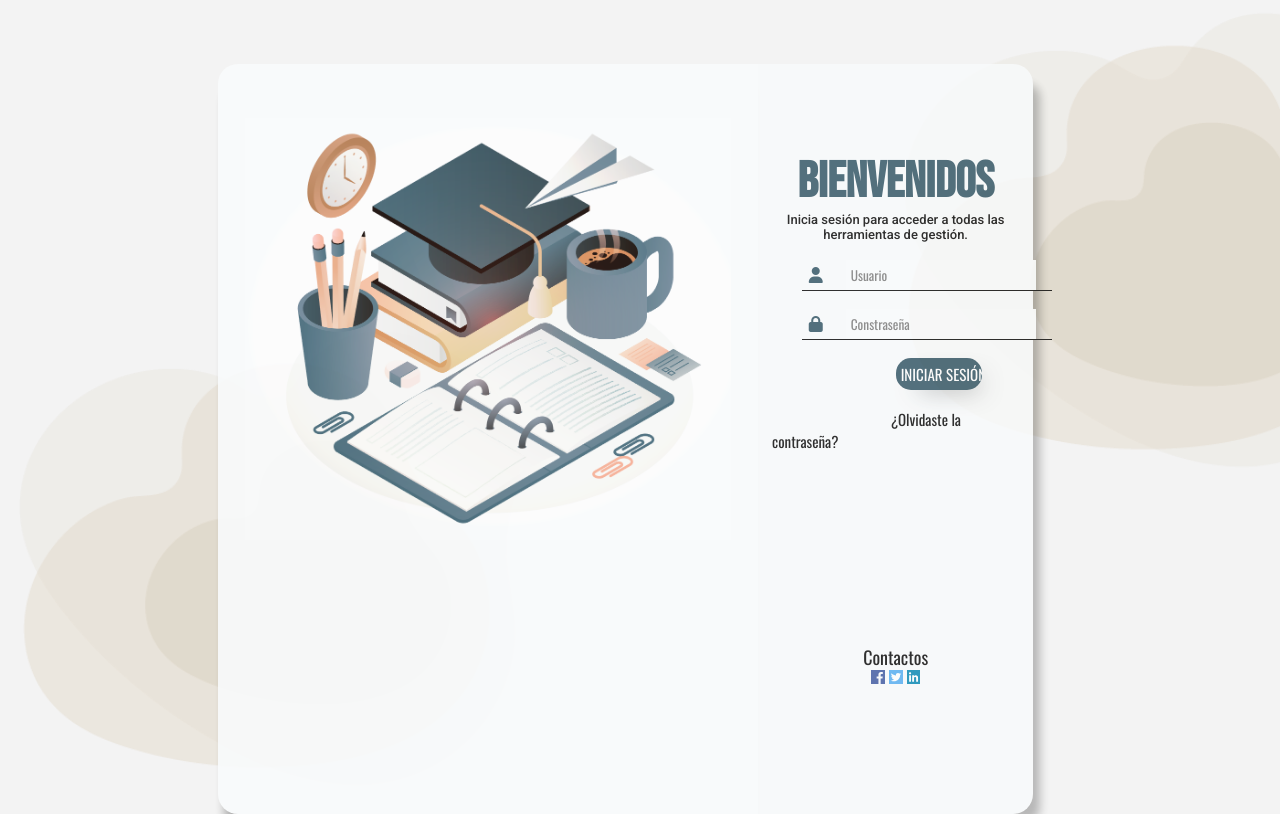
Repository: AlejandraBarrachina23/TPIntegrador_Barrachina_Java
Page: http://localhost/Alejandra_Barrachina_TP_Integrador1/login.jsp
The author's editor kept a copy of each file at every save. The page is drawn from the files as they stood at one save, then again after the next save.
The browser window is 1280 px wide. The pictures show the whole page.
Some web fonts or font styles are not loaded; a fallback is used. Some web libraries are served in a nearby version. The page is served by Tomcat 9. Nobody is signed in. The application's start-up code is not run. Other server files are loaded and not shown.

Above is the page before, as saved 2019-12-05 19:05:38.

### Alejandra_Barrachina_TP_Integrador1/WebContent/login.jsp
<%@ page language="java" contentType="text/html; charset=ISO-8859-1"
    pageEncoding="ISO-8859-1"%>
 <%@page import="Dominio.Usuario"%>
<!DOCTYPE html>
<html>
<head>
<meta charset="ISO-8859-1">
<title>Sistema Universitario</title>
<link href="https://fonts.googleapis.com/css?family=Oswald:300,400&display=swap" rel="stylesheet">
<link href="https://fonts.googleapis.com/css?family=Staatliches&display=swap" rel="stylesheet">
<link href="https://fonts.googleapis.com/css?family=Fjalla+One&display=swap" rel="stylesheet">
<link href="https://fonts.googleapis.com/css?family=Bebas+Neue&display=swap" rel="stylesheet">
<link href="https://fonts.googleapis.com/css?family=Roboto:400,500&display=swap" rel="stylesheet">
<script src="https://kit.fontawesome.com/735f5623c2.js" crossorigin="anonymous"></script>
<link href="estilos.css" type="text/css" rel=stylesheet>
</head>
<body>
	<form id="form-login" method="post" action="serveletUsuario">
	<div id="form-login-left">
			<img src="img/fondo.png" alt="fondo-universidad">
		</div>
		<div id="form-login-right">
			<div id="login-informacion">
				<h1>Bienvenidos</h1>
				<p>Inicia sesión para acceder a todas las<br> herramientas de gestión.</p><br>
				<div class="text-box"><i class="fas fa-user"></i><input type="text" name="tboxUsuario" placeholder="Usuario" required></div><br>
				<div class="text-box"><i class="fas fa-lock"></i><input type="password" name="tboxContrasenia" placeholder="Constraseña" required></div><br>
				<input class="main-button" type="submit" name="btnLogin" value="INICIAR SESIÓN"><br><br>
				<a href="recuperacion.jsp">¿Olvidaste la contraseña?</a><br>
			</div>
			<label id="login-avisos"></label>
			<div id="login-contacto">
				<p>Contactos</p>
				<a href="https://es-la.facebook.com/UTNRegionalPacheco/" target=_blank><img src="img/facebook.svg" class="iconos-redes" alt="logo-facebook"></a>
				<a href="https://twitter.com/utnfrgpprensa?lang=es" target=_blank><img src="img/twitter.svg" class="iconos-redes" alt="logo-facebook"></a>
				<a href="https://ar.linkedin.com/company/utn-frgp" target=_blank><img src="img/linkedin.svg" class="iconos-redes" alt="logo-facebook"></a>
			</div>
		</div>
	</form>
<script>

let EstadoUsuario ='<%=session.getAttribute("EstadoLogin")%>';
let Aviso = document.getElementById("login-avisos");

	if (EstadoUsuario === 'No existe') Aviso.textContent= "EL USUARIO INGRESADO ES INCORRECTO";
	else if(EstadoUsuario ==="Contrasenia Incorrecta")Aviso.textContent= "LA CONTRASEÑA INGRESADA ES INCORRECTA";


</script>
</body>
</html>

### Alejandra_Barrachina_TP_Integrador1/WebContent/estilos.css
@charset "ISO-8859-1";


* {
	padding:0px;
	margin:0px;
	border:0px;
}

body {
		background-color:#f3f3f3;
		background-image: url(iconos/fondo.png);
		background-repeat: no-repeat;
 		background-size: cover;

}


/*=============================================================
      FORMULARIO LOGIN
 ============================================================== */

 #error-404 {

 	background-color:#fff;
 	width:65;
 	height:750px;;
 	margin	: 5% 17%;
 	box-shadow: 0px 18px 10px -6px rgba(0,0,0,0.31);
 	text-align:center;
 	font-family: 'Francois One', sans-serif;
 	border-radius: 15px;

 }

 #error-404 a{

	color:black;

 }

  #error-404 img {

  width:70%;

  }

  #error-404 h2 {

  font-size:50px;
  }


  #login-avisos {

  	color:red;
  	margin-left:25%;
  	font-size:30px;
  }

 #form-login {

	width:65%;
 	margin	: 5% 17%;

}

#form-login-right, #form-login-left {


	height:750px;
	float:left;
	background-color:#F9FBFC;

}

#form-login-left {

	width:65%;
	border-top-left-radius: 20px;
	border-bottom-left-radius: 20px;
	box-shadow: 0px 18px 10px -6px rgba(0,0,0,0.31);
	opacity:0.9;
}

#form-login-left img {

	width:90%;
	padding	: 10% 5%;

}

#form-login-right {

	width:33%;
	border-top-right-radius: 20px;
	border-bottom-right-radius: 20px;
	box-shadow: 13px 14px 10px -6px rgba(0,0,0,0.31);
	opacity:0.8;

}


h1 {

		font-size:50px;
		font-family: 'Bebas Neue', cursive;
		color:#2C5060;
		margin-top:30%;
		text-align:center;
}

p, #form-login-right a {

	font-family: 'Roboto', sans-serif;
	font-weight: 500;
	font-size: 13px;
	color:black;
	text-align:center;
}

.text-box {

	border-bottom: 1px solid black;
	width:250px;
	text-align: center;
	margin-left:12%;
}

.text-box i {

	float:left;
	color: #2C5060;
	padding:7px;
}

#form-login-right [type="text"], #form-login-right [type="password"]{

	padding:5px;
	width:180px;
	border:none;
	outline:none;
	background-color:#FAFCFD;
	font-family: 'Oswald', sans-serif;

}

.main-button {

	background-color: #2C5060;
	color:white;
	width:35%;
	font-size:15px;
	border-style:none;
	padding:5px;
	border-radius: 15px;
	border: 0px solid #000000;
	box-shadow: 10px 10px 25px -13px rgba(0,0,0,0.75);
	font-family: 'Oswald', sans-serif;
	margin-left: 50%;

}

.main-button:hover {

	background-color: #1a6373;
}

.iconos-redes {

	width:5%;

}


#login-informacion {

	width:90%;
	padding:5%;

}


#login-informacion a{

	font-family: 'Oswald', sans-serif;
	font-size:15px;
	margin-left:48%;
}

#login-contacto{

	margin-top:50%;
	text-align:center;
}


#login-contacto p {

	font-size:18px;
	font-family: 'Oswald', sans-serif;

}

#login-recuperacion{

	padding-top:20%;
	text-align:center;

}

.restart-button{

	background-color: #2C5060;
	color:white;
	width:35%;
	font-size:15px;
	border-style:none;
	padding:5px;
	border-radius: 15px;
	border: 0px solid #000000;
	box-shadow: 10px 10px 25px -13px rgba(0,0,0,0.75);
	font-family: 'Oswald', sans-serif;

}

#form-advertencia {

	width:100%;
	text-align:center;
	margin-top:50%;
	color:#E16C78;
	font-family: 'Oswald', sans-serif;

}

.icono-advertencia{

	margin-top:15%;
	padding:2%;
	width:30%;
	margin: 0 auto;

}

#form-advertencia p {

	color:#E16C78;
	font-size: 15px;
}

.blue{

	color:#30A9E3;
}


 /*=======================
      FORMULARIO INDEX
 ========================= */

 .section-principal{

	float:left;
	height:1100px;
	width:90%;
	background-color:#f3f3f3;
	color:black;
	text-align:center;
	margin-left:10%;
}

.section-principal select {

	font-family: 'Oswald', sans-serif;
	border:1px solid black;
	margin:5px;
	padding:2px;
	color:black;
}

.section-principal input{

	width:15%;
	padding:5px;
	border:1px solid black;
	font-family: 'Oswald', sans-serif;
}

.section-principal label{

	font-size:18px;
	font-family: 'Oswald', sans-serif;

}

.section-principal a{

	color:black;

}


nav {

	background-color:#2C5060;
	font-family: 'Francois One', sans-serif;
	width:10%;
	height:950px;
	font-size:15px;
	float:left;
	position:fixed;

}

 ul {

	list-sytle: none;
	width:100%;
}

a {

	text-decoration:none;
	color:white;

}

li:hover {

	border-left: solid 4px #2896BC;
	background-color: #2F5866;
	transition: background-color 0.3s;
	transition: border 0.3s;

}

ul li {

	border-left: solid 4px #2C5060;
	font-family: 'Oswald', sans-serif;
	padding:15px;
	border-bottom: 1px solid #2D5C6D;


}

.icon{

	width:13%;
	padding-right:5px;

}


#icon-usuario{

	width:40%;
}

li .icon{

	float:left;

}


#user {

	width:100%;
	margin-top:40%;
	text-align:center;
	padding: 10% 0%;
	border-bottom: 1px solid #2D5C6D;

}

#user h2{

	color:#fff;

}

#user p, #header-user p {

	font-size:15px;
	color:#fff;
	padding:8px;
	font-family: 'Oswald', sans-serif;
}

 /*=======================
      FORMULARIO ALUMNOS
 ========================= */


#logo{

	width:30%;
	height:150px;
	border-bottom: 1px solid white;
	color:white;
	text-align:center;
	margin-top:30px;
}

#alumnos-principal {

	background-color:#fff;
	width:83%;
	margin-left: 200px;
	height:300px;
	box-shadow: 10px 10px 25px -13px rgba(0,0,0,0.75);

}

#form-agregar-usuario {

	background-color: white;
	width:95%;
	height:200px;
	margin:20px;
	padding:10px;
	box-shadow: 10px 10px 25px -13px rgba(0,0,0,0.75);
	display: none;


}

#form-listado-alumnos,#form-cursos,#form-listado-calificaciones {

	background-color: white;
	width:97%;
	height:970px;
	margin:20px;
	padding:10px;
	box-shadow: 10px 10px 25px -13px rgba(0,0,0,0.75);

}

#form-cursos{

	background-color:#f3f3f3;
	box-shadow: none;
}

#btn-flecha {

	background-image: url("iconos/flecha.png");
	background-repeat: no-repeat;
	width:25px;
	height:25px;
	background-color:#2C5060;
	border: 0;
	float:right;

}

.dato {

	float:left;
	margin: 10px;
	width:23%;


}

.dato input {

		width: 200px;
		background: #f3f3f3;
		font: inherit;
		box-shadow: 0 6px 10px 0 rgba(0, 0, 0 , .1);
		border: 0;
		outline: 0;
		padding: 8px;

}

.encabezados {

	background-color:#2C5060;
	color:white;
	padding:10px;
	margin:10px;
	font-family: 'Oswald', sans-serif;

}



h3 {

	display:inline;

}

label {

	color:#2C5060;
	font-family: 'Open Sans', sans-serif;
	font-weight: 600;
	font-size: 10px;
}

.flecha {

	float:right;
}

.content-table{

	border-collapse:collapse;
	margin:20px 10px;
	font-size:0.9em;
	width:99%;
	min-width:600px;
	box-shadow: 7px 9px 23px -13px rgba(0,0,0,0.93);
	font-family: 'Roboto', sans-serif;

}

.content-table-cursos{

	border-collapse:collapse;
	margin:20px 10px;
	font-size:0.9em;
	width:50%;
	min-width:600px;
	box-shadow: 7px 9px 23px -13px rgba(0,0,0,0.93);
	font-family: 'Roboto', sans-serif;
}

.content-table th, .content-table-cursos {

	background-color:#2C5060;
	color:white;
	font-weight: 600;
	padding:12px;



}

.content-table tr,
.content-table td {

	padding:5px 5px;

}

.content-table td {

	border-bottom: 1px solid #dddddd;

}

.content-table tr:nth-of-type(even) {

	background-color:#f3f3f3;

}

.content-table tr:last-of-type {

	border-bottom: 3px solid #2C5060;

}

.content-table-cursos .content-fileter{

	width:50%;

}

.content-filter {

	background-color:#f3f3f3;
	width:100%;
	text-align:center;
	padding:10px;


}

.pie-pagina{

	float:left;
	margin-top:20px;
	text-align:right;
	width:100%;
}

 /*=======================
      FORMULARIO ALUMNOS
 ========================= */

#section-index{

	float:left;
	height:900px;
	width:100%;
	margin:1px 1px;
	text-align:center;

}

#index-encabezado{

	background-color:#2C5060;
	text-align:center;
	height:295px;
	width:100%;

}

#section-index img {

	width:50%;

}

#index-descripcion {

	box-shadow: 10px 10px 25px -13px rgba(0,0,0,0.75);
	font-family: 'Roboto', sans-serif;
	background-color:#fff;
}


#index-descripcion-encabezado{

	text-align:center;
	background-color:#fff;

}

#index-descripcion-encabezado img{

	width:50%;

}

#index-descripcion-encabezado h2{

	font-size:50px;
	font-family: 'Francois One', sans-serif;
	color:#2C5060;

}

#index-descripcion-encabezado p{

	font-size:15px;
	font-family: 'Francois One', sans-serif;
	color:#2C5060;

}

#index-descripcion-contenido{

	text-align:center;
	height:430px;
	padding-left:220px;
}

#index-descripcion-contenido-profesores{


	height:430px;
	width:100%;


}

#index-descripcion-contenido-profesores .index-item-descripcion{

	width:18%;
	height:300px;
	float:left;
	margin-left:40%;

}

.index-item-descripcion {

	width:18%;
	height:300px;
	float:left;
	margin:30px;

}

.index-item-descripcion img {

	width:40%;
	padding:0% 20%;
	margin:0% 5%;
}

.index-item-descripcion h3 {

	font-size:25px;
	font-family: 'Oswald', sans-serif;

}

.index-item-descripcion p {

	font-size:15px;

}

.btn-index {

	padding:10px;
	margin:10px 38px;
	background-color: #2C5060;
	font-family: 'Oswald', sans-serif;
	font-size:20px;
	color:#fff;
	width:60%;
	box-shadow: 10px 10px 25px -13px rgba(0,0,0,0.75);
	float:left;
	text-align:center;

}

.modal-fondo {

	background: rgba(0,0,0,0.3);
	position:fixed;
	top:0;
	bottom:0;
	left:0;
	right:0;
	display:flex;
	align-items:center;
	justify-content:center;
	visibility:hidden;

}

.modal-fondo.active{

	visibility:visible;
}

.modal-contenido {

	background-color:#fff;
	box-shadow: 10px 10px 25px -13px rgba(0,0,0,0.75);
	width:20%;
	border: 3px solid #2C5060;
	padding-bottom: 15px;
}

.modal-contenido .btn-modal {

	width:30%;
	color:white;
	background-color: #2C5060;
	font-size:20px;
	padding:5px;
	margin:5px;

}

.modal-contenido [type="text"] {

	width:70%;
	font-size: 13px;
	margin-bottom:15px;

}

.modal-contenido h3 {

	font-size: 20px;
	font-family: 'Oswald', sans-serif;
	background-color:#2C5060;
	display:block;
	color:#fff;
	padding:8px;

}

.modal-contenido label {

	font-size: 15px;
	font-family: 'Roboto', sans-serif;
}

.modal-contenido select, .modal-contenido [type="date"], .modal-contenido [type="email"], .modal-contenido [type="number"] {

	font-family: 'Oswald', sans-serif;
	border:1px solid black;
	margin:5px;
	padding:2px;
	width:74%;
	padding:1%;
	color:black;

}

.modal-contenido [type="date"], .modal-contenido [type="email"], .modal-contenido [type="number"]{

	width:71%;

}

.opciones {

	color:black;
	background-color:#fff;

}

.btnFormulario {

	width:12%;
	padding:10px;
	font-size: 15px;
	font-family: 'Oswald', sans-serif;
	border-radius: 8px;
	background-color:#2C5060;
	color:white;
	float:right;
	border:0;
	margin:8px;
}

td .btn-modificar {

	width:22%;
	height:32px;
	background-image:url(iconos/modificar.png);
	background-repeat: no-repeat;
	border:none;
	background-color:inherit;
}

td .btn-eliminar {

	width:22%;
	height:32px;
	background-image:url(iconos/borrar.png);
	background-repeat: no-repeat;
	border:none;
	background-color:inherit;

}

td .btn-mostrar {

	width:12%;
	height:32px;
	background-color:blue;
	background-image:url(iconos/mostrar.png);
	background-repeat: no-repeat;
	border:none;
	background-color:inherit;
}

td .btn-calificaciones {

	width:12%;
	height:32px;
	background-image:url(iconos/notas.png);
	background-repeat: no-repeat;
	border:none;
	background-color:inherit;
}

/*=============================================================
      FORMULARIO CURSOS
 ============================================================== */

#form-curso-izquierda{

	background-color: #fff;
	width:38%;
	float:left;
	color:black;
	padding:0px 5%;
	box-shadow: 10px 10px 25px -13px rgba(0,0,0,0.75);
}

#form-curso-derecha{

	width:38%;
	float:left;
	box-shadow: 10px 10px 25px -13px rgba(0,0,0,0.75);
	padding:5px 5%;
	margin-left:2%;
	background-color:#fff;

}

#form-curso-izquierda [type="text"], #form-curso-izquierda select{

	padding:5px;
	width:180px;
	background-color:#FAFCFD;
	font-family: 'Roboto', sans-serif;
	font-size: 12px;
	color:black;

}

#form-curso-izquierda label {

	font-size:18px;
	display: block;
	witdh:20px;
}

.form-cursos-encabezado-izquierda{

	background-color: #2C5060;
	width:100%;
	margin: 20px 0px;
	padding:1px;


}

.form-cursos-encabezado-izquierda h2{

	color:white;
	padding:2px;
	font-family: 'Oswald', sans-serif;
}

#form-curso-derecha #listado-alumnos {

	text-align:center;
	width:100%;

}

#form-curso-derecha #listado-alumnos li {

	font-size:15px;
	padding:0;
	width:20%;
	border:none;
	background-color:none;
	margin-left:40%;
	list-style: none;



}

#form-curso-derecha #listado-alumnos li:hover {

	background-color:white;
}

/*=============================================================
      FORMULARIO CALIFICACIONES
 ============================================================== */

.busqueda-califaciones{

	width:98%;
	margin:1%;
	box-shadow: 0px 18px 10px -6px rgba(0,0,0,0.31);
	background-color:#fff;
	padding-bottom:2%;

}

.busqueda-califaciones h2{

	width:99%;
	background-color:blue;
	color:#fff;
	background-color:#2C5060;
	font-family: 'Oswald', sans-serif;
	padding:0.5%;
	margin-bottom:1%;

}

#form-listado-calificaciones h2{

	color:#fff;
	background-color:#2C5060;
	font-family: 'Oswald', sans-serif;
	width:99%;
	padding:0.5%;

}


/*=============================================================
      FORMULARIO REPORTES
 ============================================================== */


#form-reportes{

	background-color: #f3f3f3;
	width:97%;
	height:970px;
	margin:20px;
	padding:10px;

}

#form-reportes-fila-uno{

	width:85%;
	height:250px;
	padding-left: 15%;

}

.fila-uno-items{

	width:15%;
	height:190px;
	float:left;
	margin:1%;
	box-shadow: 0px 18px 10px -6px rgba(0,0,0,0.31);
	background-color:#fff;
	padding:1%;
	border-radius:10px;

}

.fila-uno-items img {

	width:40%;
	padding:3%;


}

.fila-uno-items h2 {

	font-family: 'Oswald', sans-serif;
	font-size:20px;

}

.fila-uno-items p {

	font-size:25px;
	font-family: 'Francois One', sans-serif;
	color:#2C5060;

}

.fila-uno-items-pie{

	padding:2%;
	margin-left:25%;
}

.fila-uno-items-pie img {

	width:12%;
	float:left;
}


.fila-uno-items-pie p {

	font-size:20px;
	float:left;

}

#form-reportes-fila-dos{

	width:100%;
	margin-top:3%;
	height:500px;


}

.form-reportes-graficos{

	width:25%;
	background-color:#fff;
	float:left;
	box-shadow: 0px 18px 10px -6px rgba(0,0,0,0.31);
	margin:3% 1%;
	padding:3%;
	border-radius:5px;
}

.form-reportes-graficos h3 {

	font-family: 'Oswald', sans-serif;
	margin:5%;
}

#form-reportes-fila-dos h2, #form-reportes-fila-tres h2{

	font-family: 'Oswald', sans-serif;
	background-color:#2C5060;
	color:white;
	width:99.5%;
	padding:0.5%;

}

.fila-uno-items-pie{

	border-top: 1px solid #f3f3f3;

}

#form-reportes-fila-tres {

	width:100%;
	heigth:300px;

}

.reporte-fila-tres-promedio{

	width:39%;
	float:left;
	text-align:center;
	margin:0.5%;
	background-color:#fff;
	box-shadow: 0px 18px 10px -6px rgba(0,0,0,0.31);
	padding:0.5% 5%;

}

.reporte-fila-tres-promedio h3{

	font-family: 'Oswald', sans-serif;
}

#form-reportes-fila-tres .content-table {

	width:100%;
	float:left;
	padding:20px;
	margin:3% 6%;

}

.resultado-busqueda{

	width:98%;
	heigth:500px;
	background-color:#fff;
	overflow:hidden;
	margin-left:1%;
}

.resultado-busqueda-asistencias{

	width:98%;
	heigth:500px;
	overflow:hidden;
	margin-left:1%;

}

.tabla-resultado-busqueda{

	width:60%;
	float:left;
	margin: 1% 20%;

}

.resultado-busqueda-asistencias .tabla-resultado-busqueda{

	width:30%;
	float:left;
	margin: 1% 20%;
}


.titulos {

	background-color:#2C5060;
	color:#fff;
	padding:0.5%;
	font-family: 'Oswald', sans-serif;

}

.form-reportes-graficos-asistencias{

	width:30%;
}


.form-reportes-graficos-asistencias h3{

	font-family: 'Oswald', sans-serif;
}

.resultado-busqueda-asistencias .graficos-resultado-busqueda .form-reportes-graficos-asistencias{

	margin-left:35%;
	margin-top:1%;
}

.resultado-busqueda-asistencias .tabla-resultado-busqueda{

	margin-left:32%;
	margin-top:1%;
}

### Alejandra_Barrachina_TP_Integrador1/WebContent/img/facebook.svg
<?xml version="1.0" encoding="iso-8859-1"?>
<!-- Generator: Adobe Illustrator 18.0.0, SVG Export Plug-In . SVG Version: 6.00 Build 0)  -->
<!DOCTYPE svg PUBLIC "-//W3C//DTD SVG 1.1//EN" "http://www.w3.org/Graphics/SVG/1.1/DTD/svg11.dtd">
<svg version="1.1" id="Capa_1" xmlns="http://www.w3.org/2000/svg" xmlns:xlink="http://www.w3.org/1999/xlink" x="0px" y="0px"
	 viewBox="0 0 455.73 455.73" style="enable-background:new 0 0 455.73 455.73;" xml:space="preserve">
<path style="fill:#3A559F;" d="M0,0v455.73h242.704V279.691h-59.33v-71.864h59.33v-60.353c0-43.893,35.582-79.475,79.475-79.475
	h62.025v64.622h-44.382c-13.947,0-25.254,11.307-25.254,25.254v49.953h68.521l-9.47,71.864h-59.051V455.73H455.73V0H0z"/>
<g>
</g>
<g>
</g>
<g>
</g>
<g>
</g>
<g>
</g>
<g>
</g>
<g>
</g>
<g>
</g>
<g>
</g>
<g>
</g>
<g>
</g>
<g>
</g>
<g>
</g>
<g>
</g>
<g>
</g>
</svg>

### Alejandra_Barrachina_TP_Integrador1/WebContent/img/twitter.svg
<?xml version="1.0" encoding="iso-8859-1"?>
<!-- Generator: Adobe Illustrator 18.0.0, SVG Export Plug-In . SVG Version: 6.00 Build 0)  -->
<!DOCTYPE svg PUBLIC "-//W3C//DTD SVG 1.1//EN" "http://www.w3.org/Graphics/SVG/1.1/DTD/svg11.dtd">
<svg version="1.1" id="Capa_1" xmlns="http://www.w3.org/2000/svg" xmlns:xlink="http://www.w3.org/1999/xlink" x="0px" y="0px"
	 viewBox="0 0 455.731 455.731" style="enable-background:new 0 0 455.731 455.731;" xml:space="preserve">
<g>
	<rect x="0" y="0" style="fill:#50ABF1;" width="455.731" height="455.731"/>
	<path style="fill:#FFFFFF;" d="M60.377,337.822c30.33,19.236,66.308,30.368,104.875,30.368c108.349,0,196.18-87.841,196.18-196.18
		c0-2.705-0.057-5.39-0.161-8.067c3.919-3.084,28.157-22.511,34.098-35c0,0-19.683,8.18-38.947,10.107
		c-0.038,0-0.085,0.009-0.123,0.009c0,0,0.038-0.019,0.104-0.066c1.775-1.186,26.591-18.079,29.951-38.207
		c0,0-13.922,7.431-33.415,13.932c-3.227,1.072-6.605,2.126-10.088,3.103c-12.565-13.41-30.425-21.78-50.25-21.78
		c-38.027,0-68.841,30.805-68.841,68.803c0,5.362,0.617,10.581,1.784,15.592c-5.314-0.218-86.237-4.755-141.289-71.423
		c0,0-32.902,44.917,19.607,91.105c0,0-15.962-0.636-29.733-8.864c0,0-5.058,54.416,54.407,68.329c0,0-11.701,4.432-30.368,1.272
		c0,0,10.439,43.968,63.271,48.077c0,0-41.777,37.74-101.081,28.885L60.377,337.822z"/>
</g>
<g>
</g>
<g>
</g>
<g>
</g>
<g>
</g>
<g>
</g>
<g>
</g>
<g>
</g>
<g>
</g>
<g>
</g>
<g>
</g>
<g>
</g>
<g>
</g>
<g>
</g>
<g>
</g>
<g>
</g>
</svg>

### Alejandra_Barrachina_TP_Integrador1/WebContent/img/linkedin.svg
<?xml version="1.0" encoding="iso-8859-1"?>
<!-- Generator: Adobe Illustrator 18.0.0, SVG Export Plug-In . SVG Version: 6.00 Build 0)  -->
<!DOCTYPE svg PUBLIC "-//W3C//DTD SVG 1.1//EN" "http://www.w3.org/Graphics/SVG/1.1/DTD/svg11.dtd">
<svg version="1.1" id="Capa_1" xmlns="http://www.w3.org/2000/svg" xmlns:xlink="http://www.w3.org/1999/xlink" x="0px" y="0px"
	 viewBox="0 0 455.731 455.731" style="enable-background:new 0 0 455.731 455.731;" xml:space="preserve">
<g>
	<rect x="0" y="0" style="fill:#0084B1;" width="455.731" height="455.731"/>
	<g>
		<path style="fill:#FFFFFF;" d="M107.255,69.215c20.873,0.017,38.088,17.257,38.043,38.234c-0.05,21.965-18.278,38.52-38.3,38.043
			c-20.308,0.411-38.155-16.551-38.151-38.188C68.847,86.319,86.129,69.199,107.255,69.215z"/>
		<path style="fill:#FFFFFF;" d="M129.431,386.471H84.71c-5.804,0-10.509-4.705-10.509-10.509V185.18
			c0-5.804,4.705-10.509,10.509-10.509h44.721c5.804,0,10.509,4.705,10.509,10.509v190.783
			C139.939,381.766,135.235,386.471,129.431,386.471z"/>
		<path style="fill:#FFFFFF;" d="M386.884,241.682c0-39.996-32.423-72.42-72.42-72.42h-11.47c-21.882,0-41.214,10.918-52.842,27.606
			c-1.268,1.819-2.442,3.708-3.52,5.658c-0.373-0.056-0.594-0.085-0.599-0.075v-23.418c0-2.409-1.953-4.363-4.363-4.363h-55.795
			c-2.409,0-4.363,1.953-4.363,4.363V382.11c0,2.409,1.952,4.362,4.361,4.363l57.011,0.014c2.41,0.001,4.364-1.953,4.364-4.363
			V264.801c0-20.28,16.175-37.119,36.454-37.348c10.352-0.117,19.737,4.031,26.501,10.799c6.675,6.671,10.802,15.895,10.802,26.079
			v117.808c0,2.409,1.953,4.362,4.361,4.363l57.152,0.014c2.41,0.001,4.364-1.953,4.364-4.363V241.682z"/>
	</g>
</g>
<g>
</g>
<g>
</g>
<g>
</g>
<g>
</g>
<g>
</g>
<g>
</g>
<g>
</g>
<g>
</g>
<g>
</g>
<g>
</g>
<g>
</g>
<g>
</g>
<g>
</g>
<g>
</g>
<g>
</g>
</svg>

After the next save:
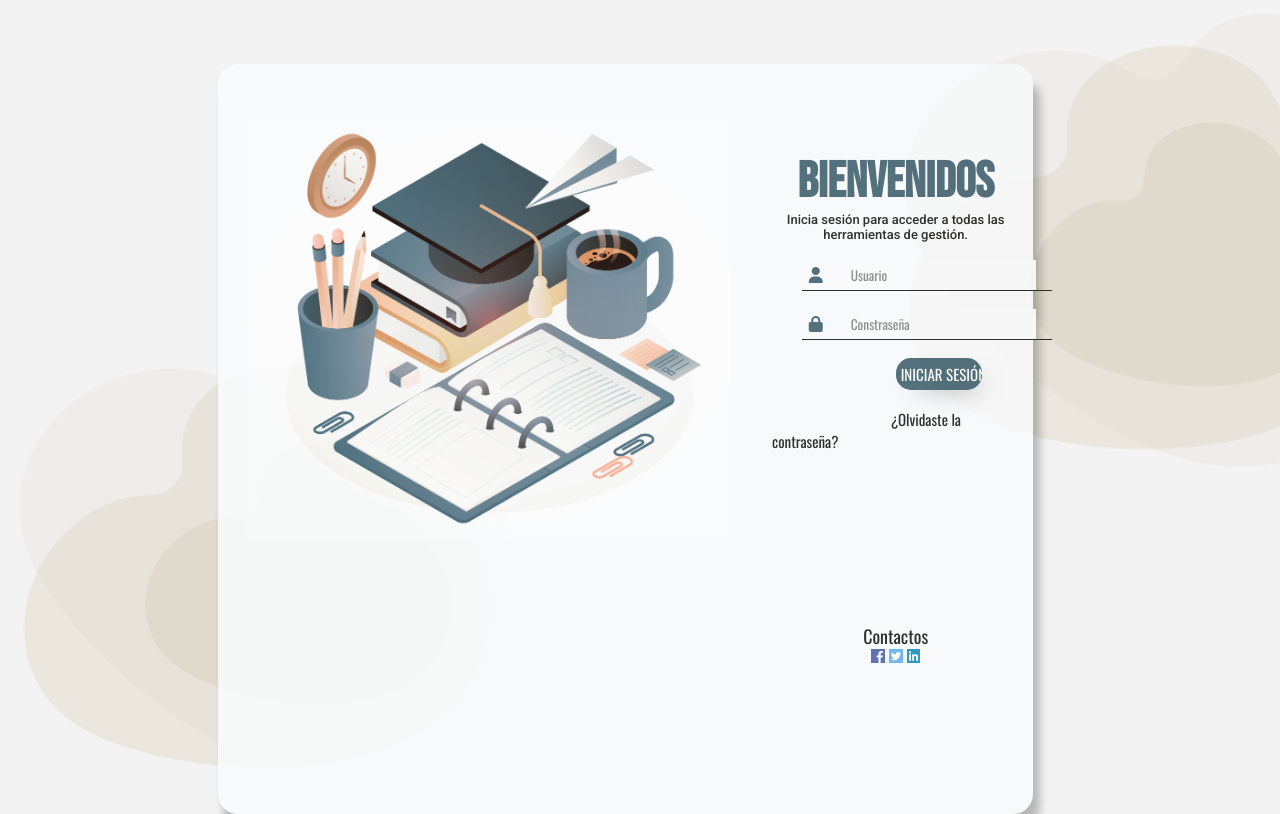
Saved 19 s later.
--- a/Alejandra_Barrachina_TP_Integrador1/WebContent/estilos.css
+++ b/Alejandra_Barrachina_TP_Integrador1/WebContent/estilos.css
@@ -55,7 +55,7 @@ body {
 
   	color:red;
   	margin-left:25%;
-  	font-size:30px;
+  	font-size:15px;
   }
 
  #form-login {
